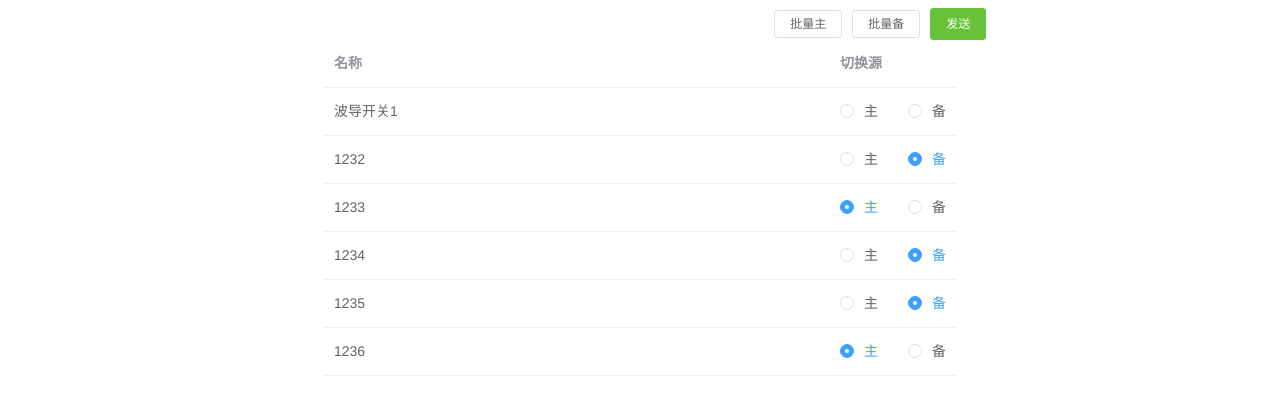
Repository: faintout/BHMQTTSendTool
Page: /
These files come from the project's save history. The page is drawn as it stood at one moment and after the next save; the edit follows.
The browser window is 1280 px wide. The pictures show the whole page.
The project was rebuilt for these pictures with package versions that can differ from the ones it lists, and the page was loaded fresh each time. Also part of the build but not shown: vue.config.js. Imported but missing from the stored project, and not drawn on this page: src/views/About.vue.

Above is the page before, as saved 2020-08-26 14:27:55.

### public/index.html
<!DOCTYPE html>
<html lang="en">
  <head>
    <meta charset="utf-8">
    <meta http-equiv="X-UA-Compatible" content="IE=edge">
    <meta name="viewport" content="width=device-width,initial-scale=1.0">
    <link rel="stylesheet" href="">
    <title></title>
  </head>
  <body>
    <div id="app">

    </div>
    <!-- built files will be auto injected -->
  </body>
</html>

### src/main.js
import Vue from 'vue'
import App from './App.vue'
import router from './router'
import $ from 'jquery'
import ElementUi from 'element-ui'
import 'element-ui/lib/theme-chalk/index.css'
import 'element-ui/lib/theme-chalk/reset.css'

Vue.config.productionTip = false
Vue.use(ElementUi)
new Vue({
  router,
  render: h => h(App)
}).$mount('#app')

### src/views/Home.vue
<template>
  <div class="content">
      <title></title>
          <!-- 按钮模块 -->
    <div style="position: relative;left: calc(50% - 6%);width: 50%;">
       <el-button size="mini" @click="batch(0)">批量主</el-button>
       <el-button size="mini" @click="batch(1)">批量备</el-button>
       <el-button type="success" size="small" @click="sendData">发送</el-button>
    </div>
      <el-table
      v-loading="tableLoading"
      :data="tableData"
       style="width: 50%;position: relative;left: calc(50% - 25%);">
      >
      <el-table-column
          prop="name"
          min-width="4"
        label="名称"
      >
      </el-table-column>
    <el-table-column
        label="切换源"
        min-width="1"

        >
        <template slot-scope="scope">
        <el-radio-group v-model="scope.row.enable">
            <el-radio :label="0" @click="scope.row.enableMaster = 0" >主</el-radio>
            <el-radio :label="1" @click="scope.row.enable = 1" >备</el-radio>
     </el-radio-group>
        </template>
      </el-table-column>

      </el-table>
  </div>

</template>

<script>

export default {
  components:{},
  data(){
    return {
        //表格框加载
        tableLoading:false,
        tableData:[
             {
                id:1,
                name:"波导开关1",
                enableMaster:0,
                enableSavle:0,
                masterData:"",
                savleData:""
             },
            {
                id:2,
                name:'1232',
                enable:1,
                data:'333'
            },
            {
                id:3,
                name:'1233',
                enable:0,
                data:'333'
            },
            {
                id:4,
                name:'1234',
                enable:1,
                data:'333'
            },
            {
                id:5,
                name:'1235',
                enable:1,
                data:'333'
            }
            ,{
                id:6,
                name:'1236',
                enable:0,
                data:'333'
            }
        ]
    }
  },
  watch:{},
  computed:{

  },
  methods:{
      changeItem(item){
          console.log('item',item);
      },
      changItemRadio(item){
          console.log('itemzhixng ');
      },
      //获取所有数据
      getAllMqttData(){

      },
      //数据处理
      dataProcessing(){

      },
      //批量设置
      /**
       * @type 0 主 1 备
       * @Date 2020-08-26 14:13:24
      */
      batch(type){
          this.tableData.forEach(item=>{
              item.enable = type?1:0
          })
      },
      //发送数据
      sendData(){

      }

  },
  mounted(){
      console.log(this.tableData);
  },
  created(){},
}
</script>
<style lang="less" scoped>
</style>

Loaded but not shown: src/App.vue (common file); src/router/index.js (common file)

After the next save:
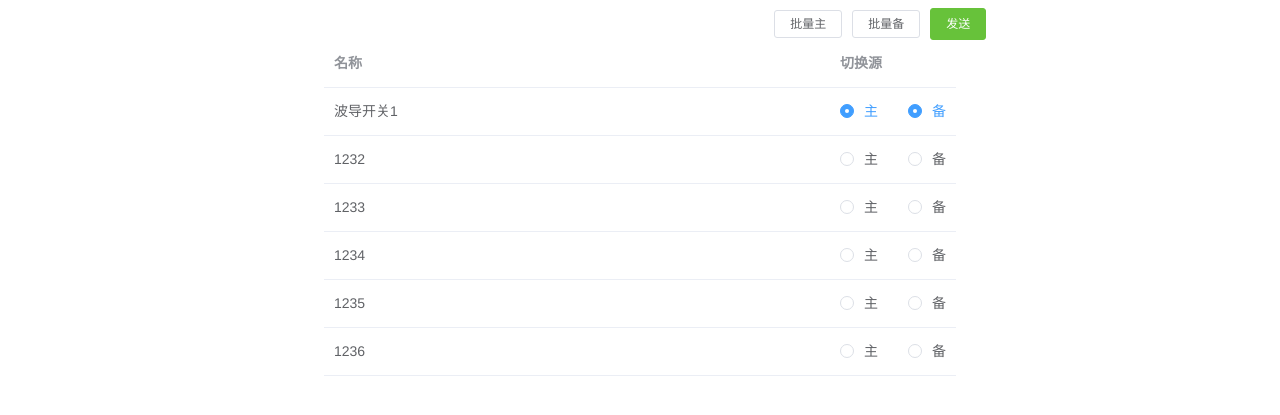
Saved 56 s later.
--- a/src/views/Home.vue
+++ b/src/views/Home.vue
@@ -25,8 +25,8 @@
         >
         <template slot-scope="scope">
         <el-radio-group v-model="scope.row.enable">
-            <el-radio :label="0" @click="scope.row.enableMaster = 0" >主</el-radio>
-            <el-radio :label="1" @click="scope.row.enable = 1" >备</el-radio>
+            <el-radio  @click="scope.row.enableMaster = 0;scope.row.enableSavle = 1" >主</el-radio>
+            <el-radio  @click="scope.row.enable = 1" >备</el-radio>
      </el-radio-group>
         </template>
       </el-table-column>
